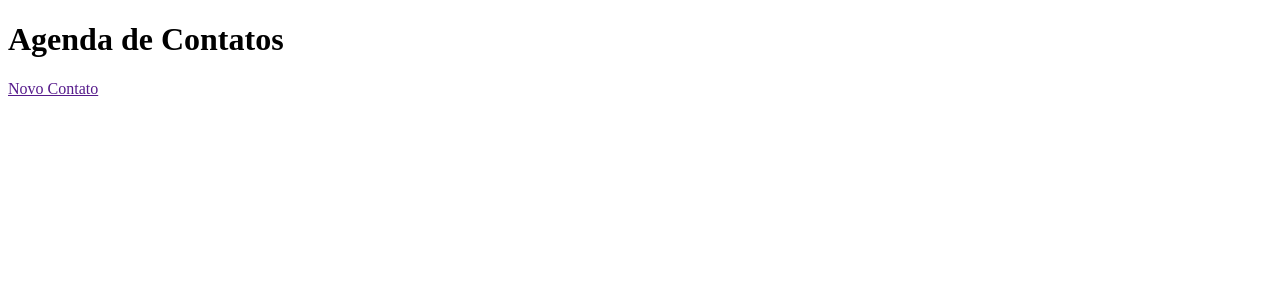
Repository: evanalves/Agenda-JDBC
Page: http://localhost/agenda/agenda.jsp
These files come from the project's save history. The page is drawn as it stood at one moment and after the next save; the edit follows.
The browser window is 1280 px wide. The pictures show the whole page.
The page is served by Tomcat 10. Other server files are loaded and not shown.

Above is the page before, as saved 2023-08-20 11:49:32.

### agenda/src/main/webapp/agenda.jsp
<%@ page language="java" contentType="text/html; charset=UTF-8"
    pageEncoding="UTF-8"%>
<!DOCTYPE html>
<html lang="pt-BR">
<head>
<meta charset="UTF-8">
<title>Agenda de Contatos</title>
<link rel="icon" href="imagens/favicon.png">
</head>
<body>

<h1>Agenda de Contatos</h1>

<a href="">Novo Contato</a>

</body>
</html>

### agenda/src/main/webapp/style.css
@charset "UTF-8";
@import url('https://fonts.googleapis.com/css2?family=Open+Sans:wght@400;700&display=swap');

body{
	font-family: 'Open Sans', sans-serif;
	font-size: 1em;
	font-weight: 400;

}

h1{
	color: #66bbff;
}


.botao1{
	text-decoration: none;
	background-color: #66bbff;
	padding: 5px 10px 5px 10px;
	color: #fff;
	font-size: 1.2em;
	font-weight: 700;
	border-radius: 5px;
}

After the next save:
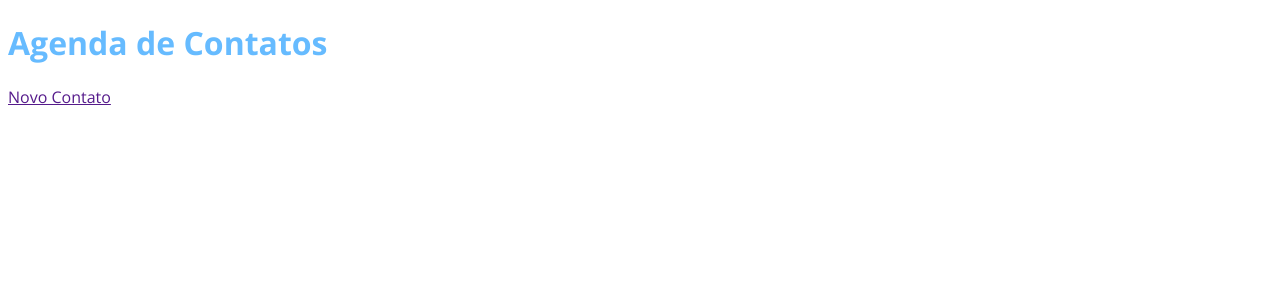
Saved 45 s later.
--- a/agenda/src/main/webapp/agenda.jsp
+++ b/agenda/src/main/webapp/agenda.jsp
@@ -6,6 +6,7 @@
 <meta charset="UTF-8">
 <title>Agenda de Contatos</title>
 <link rel="icon" href="imagens/favicon.png">
+<link rel="styleSheet" href="style.css">
 </head>
 <body>
 
